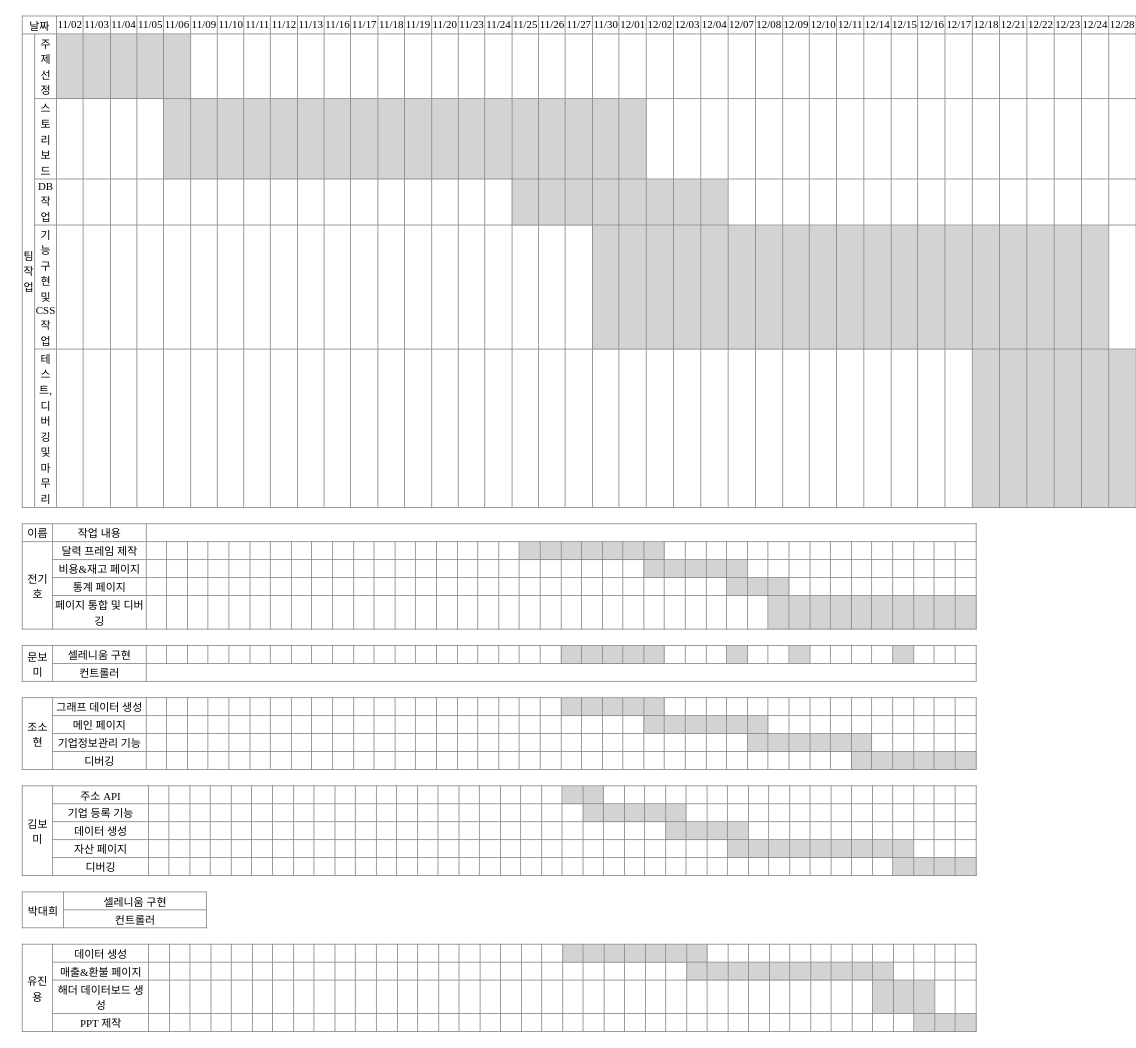
Repository: JEON-KIHO/finalProject
Page: http://localhost/ERP/WEB-INF/views/schedule.jsp
These files come from the project's save history. The page is drawn as it stood at one moment and after the next save; the edit follows.
The browser window is 1280 px wide. The page is 1457 px wide, then 1437 px, so the pictures cover 1457 px, including what lies to the right of the window. The pictures show the whole page, at 78% of full size.
The page is served by Tomcat 9. Nobody is signed in. The template is opened directly, without the code that normally fills it, so the values that code supplies are empty.

Above is the page before, as saved 2020-12-24 08:29:48.

After the next save:
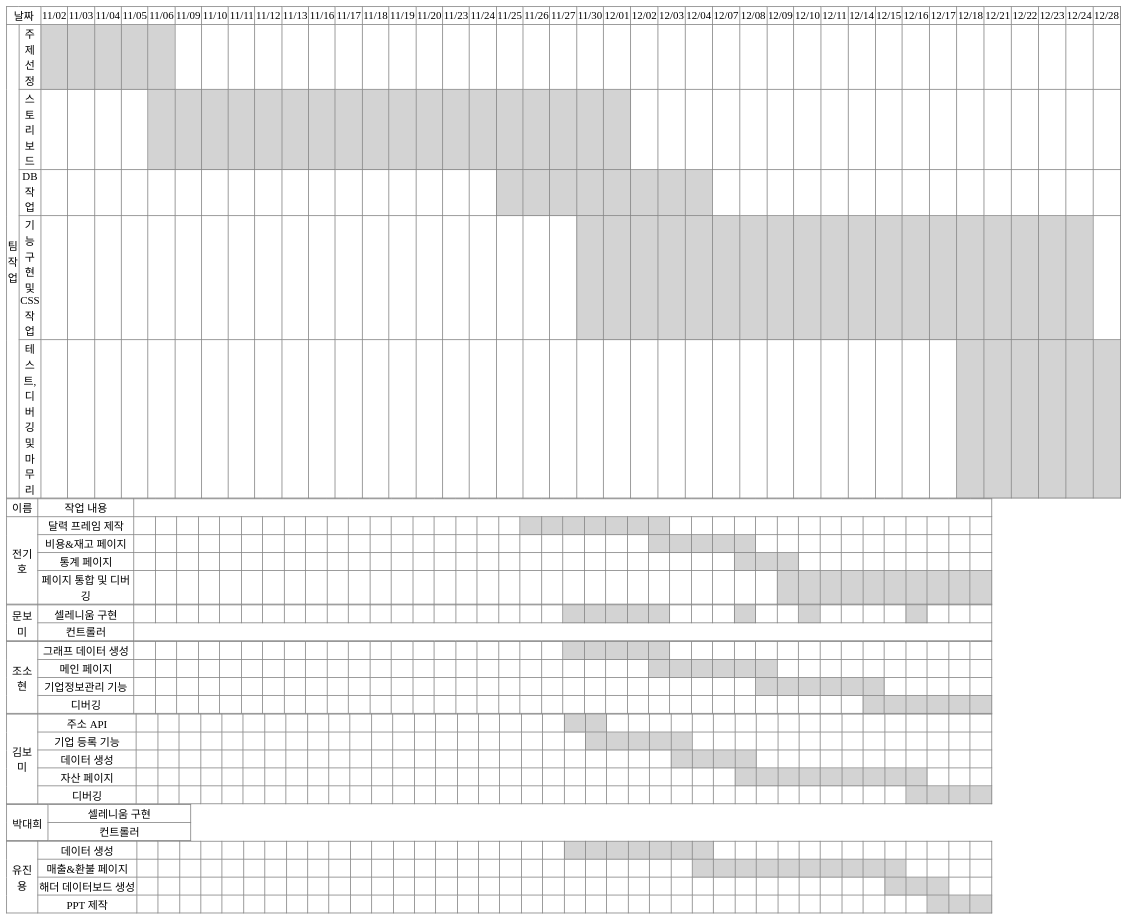
Saved 26 s later.
--- a/ERP/src/main/webapp/WEB-INF/views/schedule.jsp
+++ b/ERP/src/main/webapp/WEB-INF/views/schedule.jsp
@@ -6,7 +6,7 @@
 <meta http-equiv="Content-Type" content="text/html; charset=UTF-8">
 <title>Insert title here</title>
 <style>
-	table{font-size:14px; text-align:center; border-collapse:collapse; margin:20px;}
+	table{font-size:14px; text-align:center; border-collapse:collapse;}
 	.black {background:lightgray;}
 	.day, .black, .white {width:38px;}
 	.sub {width:180px;}
